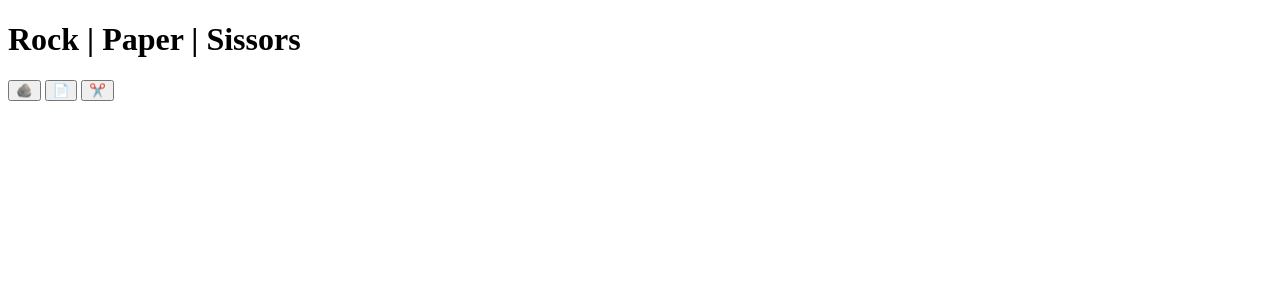
Repository: SakthivelDurai47/Rock-Paper-Sissors
Page: index.html
The author's editor kept a copy of each file at every save. The page is drawn from the files as they stood at one save, then again after the next save.
The browser window is 1280 px wide. The pictures show the whole page.

Above is the page before, as saved 2025-04-14 21:57:14.

### index.html
<!DOCTYPE html>
<html lang="en">
  <head>
    <meta charset="UTF-8" />
    <meta name="viewport" content="width=device-width, initial-scale=1.0" />
    <title>Rock, Paper, Scissor</title>
    <meta name="aurthor" content="Sakthivel Durai S" />
  </head>
  <body>
    <h1>Rock | Paper | Sissors</h1>
    <div id="choice">
      <button onclick="playGame('Rock')">🪨</button>
      <button onclick="playGame('Paper')">📄</button>
      <button onclick="playGame('Scissor')">✂️</button>
    </div>
    <div id="info"></div>
  </body>
</html>

After the next save:
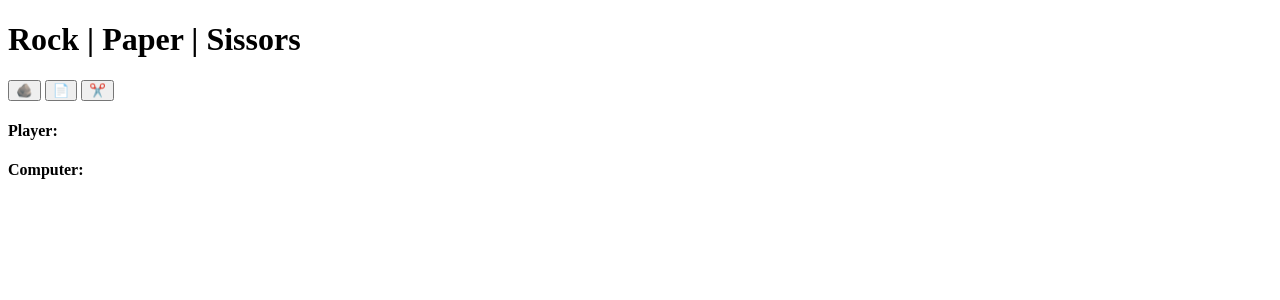
Saved 69 s later.
--- a/index.html
+++ b/index.html
@@ -13,6 +13,9 @@
       <button onclick="playGame('Paper')">📄</button>
       <button onclick="playGame('Scissor')">✂️</button>
     </div>
-    <div id="info"></div>
+    <div id="info">
+      <h4>Player:</h4>
+      <h4>Computer:</h4>
+    </div>
   </body>
 </html>
